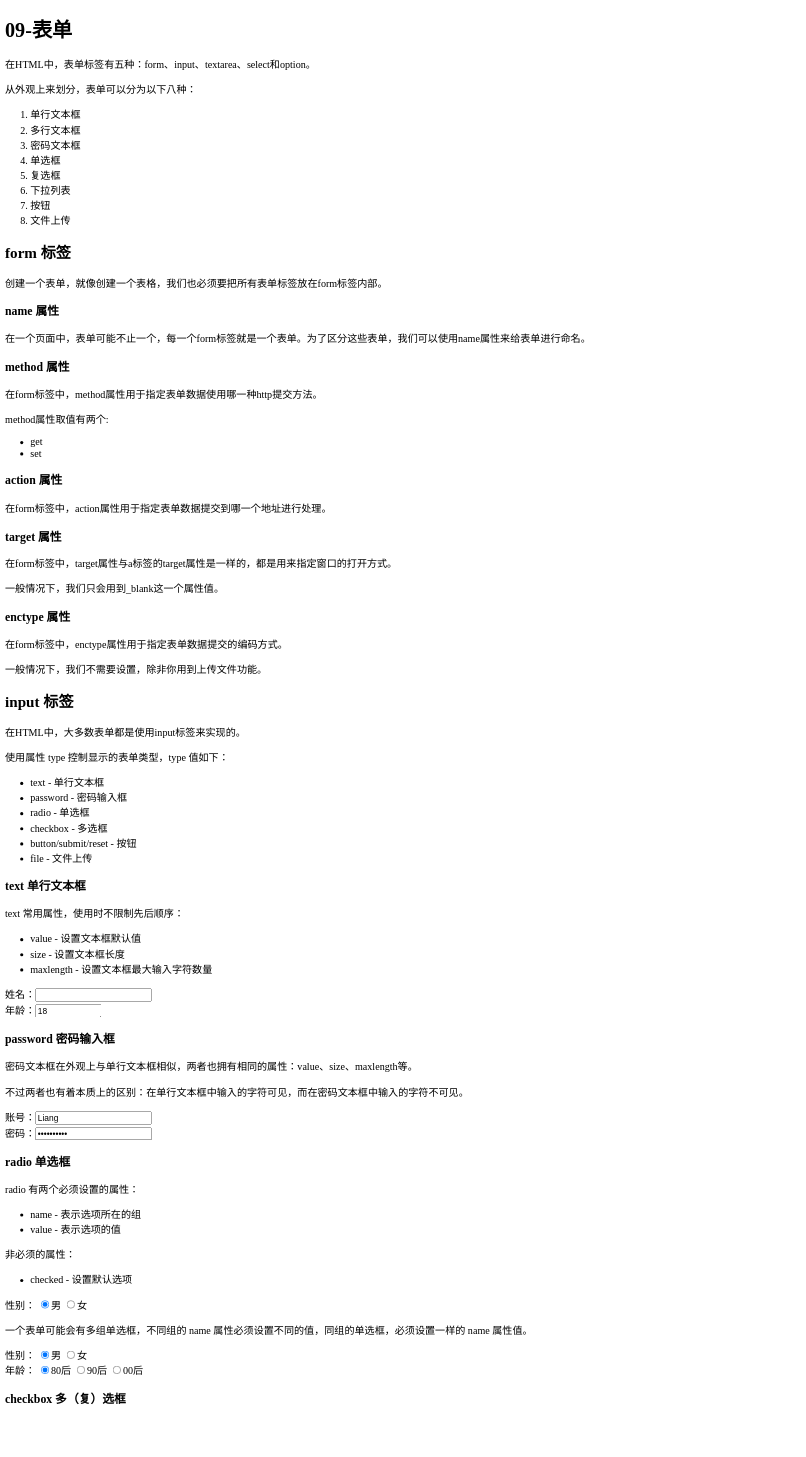
Repository: liang-n/front-end-basics
Page: 09-表单.html
The author's editor kept a copy of each file at every save. The page is drawn from the files as they stood at one save, then again after a run of saves.
The browser window is 1280 px wide. The pictures show the whole page, at 63% of full size.

Above is the page before, as saved 2022-05-15 17:17:16.

After the next 3 saves:
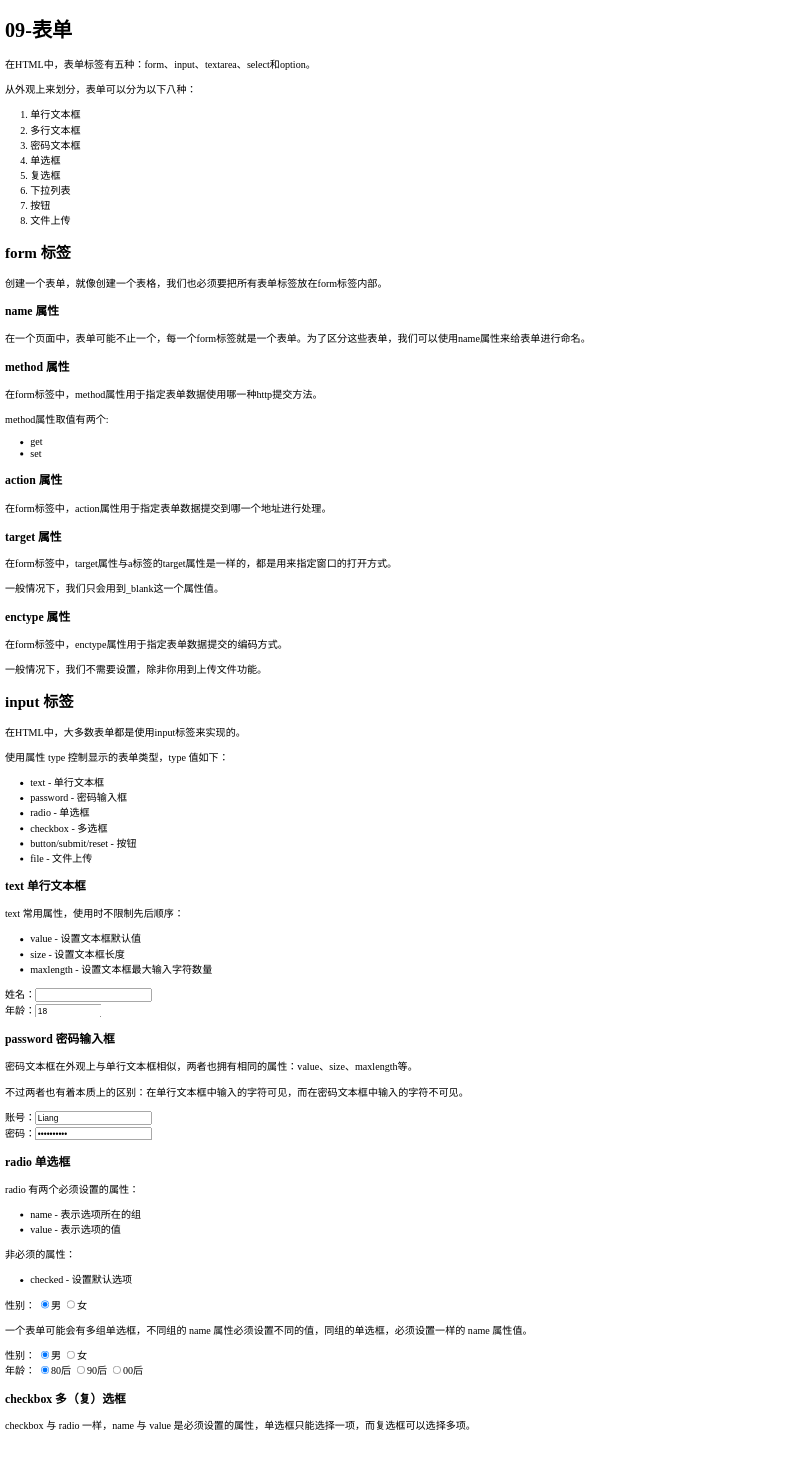
The 3 saves are shown as one change because they came seconds apart.
The last was saved 7 s later.
--- a/09-表单.html
+++ b/09-表单.html
@@ -107,6 +107,8 @@
     </form>
 
     <h3>checkbox 多（复）选框</h3>
+    <p>checkbox 与 radio 一样，name 与 value 是必须设置的属性，单选框只能选择一项，而复选框可以选择多项。
+    </p>
 </body>
 
 <br><br><br>
